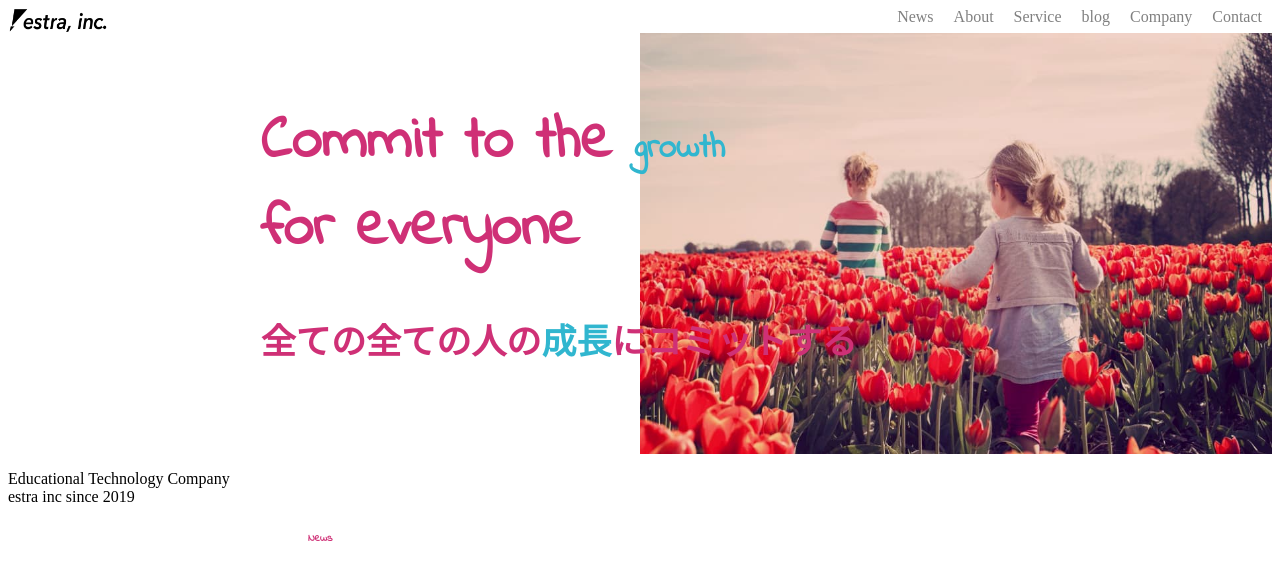
Repository: sigemasaasuka/20210902
Page: index.html
The author's editor kept a copy of each file at every save. The page is drawn from the files as they stood at one save, then again after the next save.
The browser window is 1280 px wide. The pictures show the whole page.

Above is the page before, as saved 2021-09-08 17:28:49.

### index.html
<!DOCTYPE html>
<html lang="ja">

<head>
  <meta charset="UTF-8">
  <meta name="viewport" content="width=device-width, initial-scale=1.0">
  <title>Document</title>
  <link rel="stylesheet" href="css/style.css">
  <link rel="preconnect" href="https://fonts.googleapis.com">
  <link rel="preconnect" href="https://fonts.gstatic.com" crossorigin>
  <link href="https://fonts.googleapis.com/css2?family=Indie+Flower&display=swap" rel="stylesheet">
</head>

<body>
  <div class="flex">
    <img src="img/img/estra_logo.png" alt="estra_logo" width="100px" height="25px">
    <div class="parent">
      <div class="child">News</div>
      <div class="child">About</div>
      <div class="child">Service</div>
      <div class="child">blog</div>
      <div class="child">Company</div>
      <div class="child">Contact</div>

    </div>
  </div>
  <div class="relative">
    <img class="relative__img" src="img/img/firstview.jpg" alt="firstview">
    <div class="example">
      <h1>Commit to the <span class="document"> growth</span> <br>for everyone</h1>
      <div class="example-txt">
        <h3>全ての全ての人の<span class="document-txt">成長</span>にコミットする</h3>
      </div>
    </div>
    <p class="subtitle">Educational Technology Company<br>estra inc since 2019</p>
    <div class="smlltitle">
    <h6>News</h6>
    </div>
   </div>
　</div>

</body>

</html>

### css/style.css
.img {
  text-align: left;
}

.parent {
  display: flex;
  text-align: right;
  color: gray;
}

.child {
  margin: 0 10px;
}
.flex {
  display: flex;
  justify-content: space-between;
}

.relative {
  position: relative;
}

.relative__img {
  margin: 0 0 0 auto;
  display: block;
  width: 50%;
}

.example {
  position: absolute;
  top: 5%;
  left: 20%;
  font-size: 30px;
  color: #cf3076;
  font-family: "Indie Flower", cursive;
}

.document {
  top: 5%;
  left: 10%;
  font-size: 35px;
  color: #30b6cf;
  font-family: "Indie Flower", cursive;
}

.example-txt {

}

.document-txt {
  top: 5%;
  left: 10%;
  font-size: 35px;
  color: #30b6cf;
  font-family: "Indie Flower", cursive;
}
}

.subtitle {
  margin: 0px 300px;
  color: gray;
}

.smlltitle {
  color: #cf3076;
  font-family: "Indie Flower", cursive;
  margin-left: 300px;
}

After the next save:
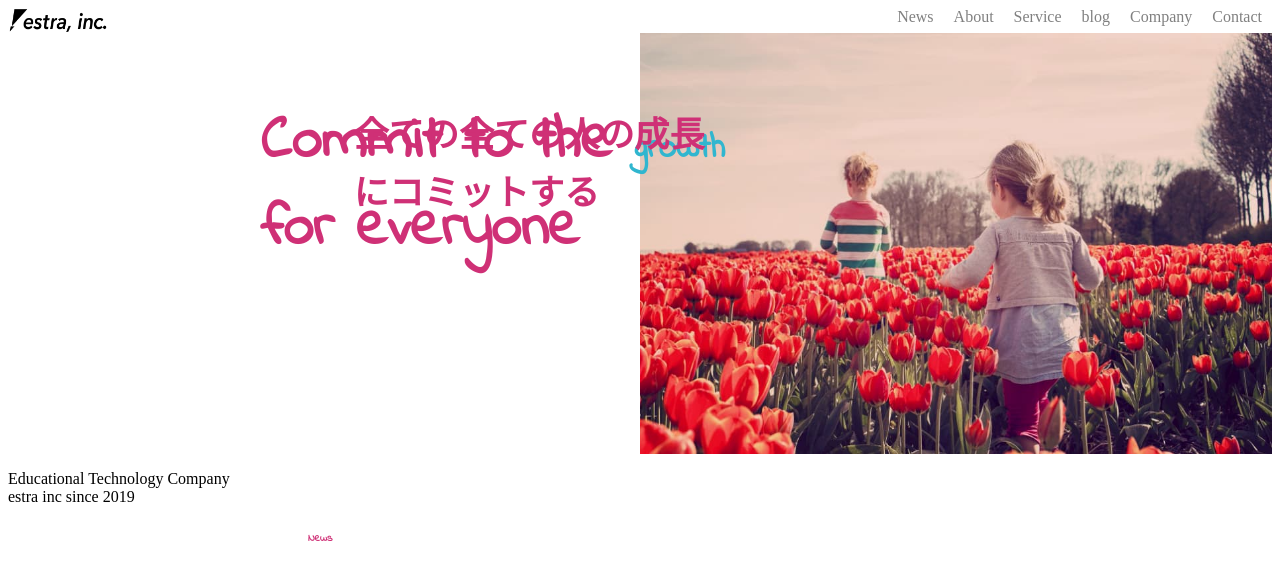
Saved 7 s later.
--- a/css/style.css
+++ b/css/style.css
@@ -44,7 +44,13 @@
 }
 
 .example-txt {
-
+ position: absolute;
+  top: 5%;
+  left: 20%;
+  font-size: 30px;
+  color: #cf3076;
+  font-family: "Indie Flower", cursive;
+}
 }
 
 .document-txt {
